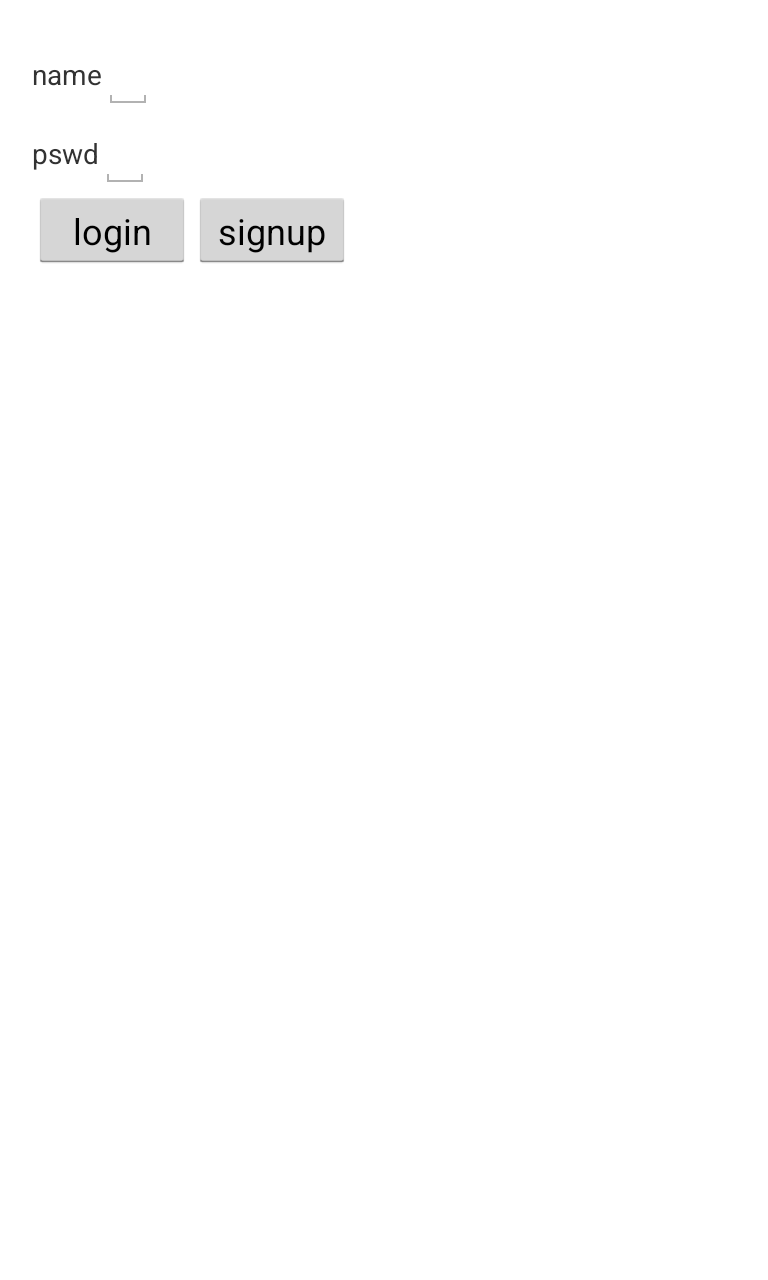
Repository: KnightFreedom/cookcook
Layout: client/CookCook/res/layout/activity_main.xml
The author's editor kept a copy of each file at every save. The layout is drawn from the files as they stood at one save, then again after the next save.
It is drawn on a 768 x 1280 px phone screen (xhdpi) without system bars, with theme AppTheme; the app's code is not run.

Above is the layout before, as saved 2017-05-09 11:39:01.

### client/CookCook/res/layout/activity_main.xml
<RelativeLayout xmlns:android="http://schemas.android.com/apk/res/android"
    xmlns:tools="http://schemas.android.com/tools"
    android:layout_width="match_parent"
    android:layout_height="match_parent"
    android:paddingBottom="@dimen/activity_vertical_margin"
    android:paddingLeft="@dimen/activity_horizontal_margin"
    android:paddingRight="@dimen/activity_horizontal_margin"
    android:paddingTop="@dimen/activity_vertical_margin"
    tools:context=".MainActivity" >


    <LinearLayout
        android:layout_width="match_parent"
        android:layout_height="wrap_content"
        android:orientation = "vertical">

	    <LinearLayout android:layout_width = "match_parent"
	        android:layout_height = "match_parent"
	        android:orientation = "horizontal">

	    <TextView
	        android:layout_width="wrap_content"
	        android:layout_height="wrap_content"
	        android:text="@string/usrName" />

	    <EditText
	        android:layout_width= "wrap_content"
	        android:layout_height = "wrap_content"
	        android:maxWidth = "60dp"
	        />

	    </LinearLayout>

	    <!-- comment -->
	    <LinearLayout
	        android:layout_width = "match_parent"
	        android:layout_height = "match_parent"
	        android:orientation = "horizontal">

	    <TextView
	        android:layout_width="wrap_content"
	        android:layout_height="wrap_content"
	        android:text="@string/pswd" />

	    <EditText
	        android:layout_width= "wrap_content"
	        android:layout_height = "wrap_content"
	        android:maxWidth = "60dp"
	        />

	    </LinearLayout>

	    <LinearLayout
	        android:layout_width = "match_parent"
	        android:layout_height = "match_parent"
	        android:orientation = "horizontal"
	        >
	    <Button
	        android:layout_width = "80dp"
	        android:layout_height = "40dp"
	        android:text="@string/login"
	        />

	    <Button
	        android:layout_width = "80dp"
	        android:layout_height = "40dp"
	        android:text="@string/signup"
	        />

	    </LinearLayout>

    </LinearLayout>


</RelativeLayout>

### client/CookCook/res/values/strings.xml
<?xml version="1.0" encoding="utf-8"?>
<resources>

    <string name="app_name">CookCook</string>
    <string name="action_settings">Settings</string>
    <string name="hello_world">Hello world!</string>
    <string name="usrName">name</string>
    <string name="pswd">pswd</string>
    <string name="login">login</string>
    <string name="signup">signup</string>

</resources>

Loaded but not shown: client/CookCook/res/values/styles.xml (common file); client/CookCook/res/values-v11/styles.xml (common file); client/CookCook/res/values-v14/styles.xml (common file); client/CookCook/res/values/dimens.xml (common file)

After the next save:
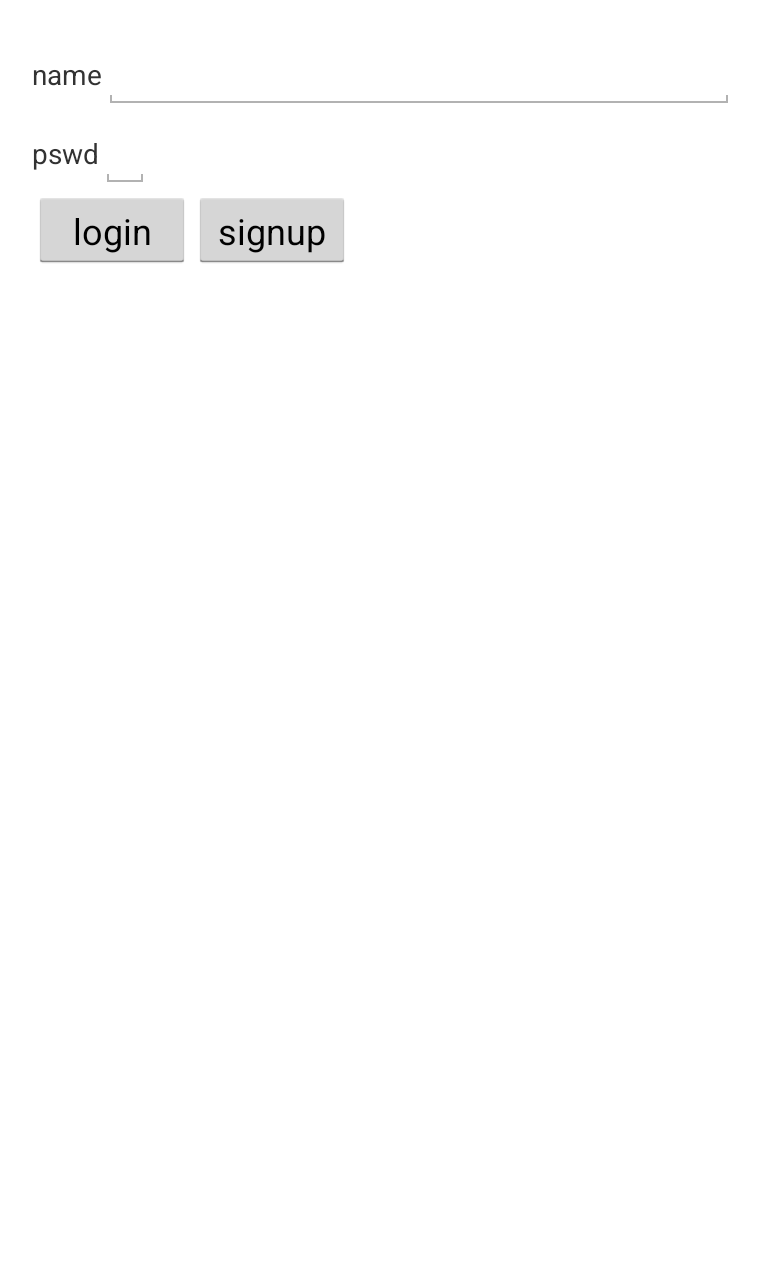
Saved 2 min 9 s later.
--- a/client/CookCook/res/layout/activity_main.xml
+++ b/client/CookCook/res/layout/activity_main.xml
@@ -24,9 +24,10 @@
 	        android:text="@string/usrName" />
 
 	    <EditText
-	        android:layout_width= "wrap_content"
+	        android:layout_width= "match_parent"
 	        android:layout_height = "wrap_content"
-	        android:maxWidth = "60dp"
+	        android:maxLength="10"
+	        android:width=""
 	        />
 
 	    </LinearLayout>
